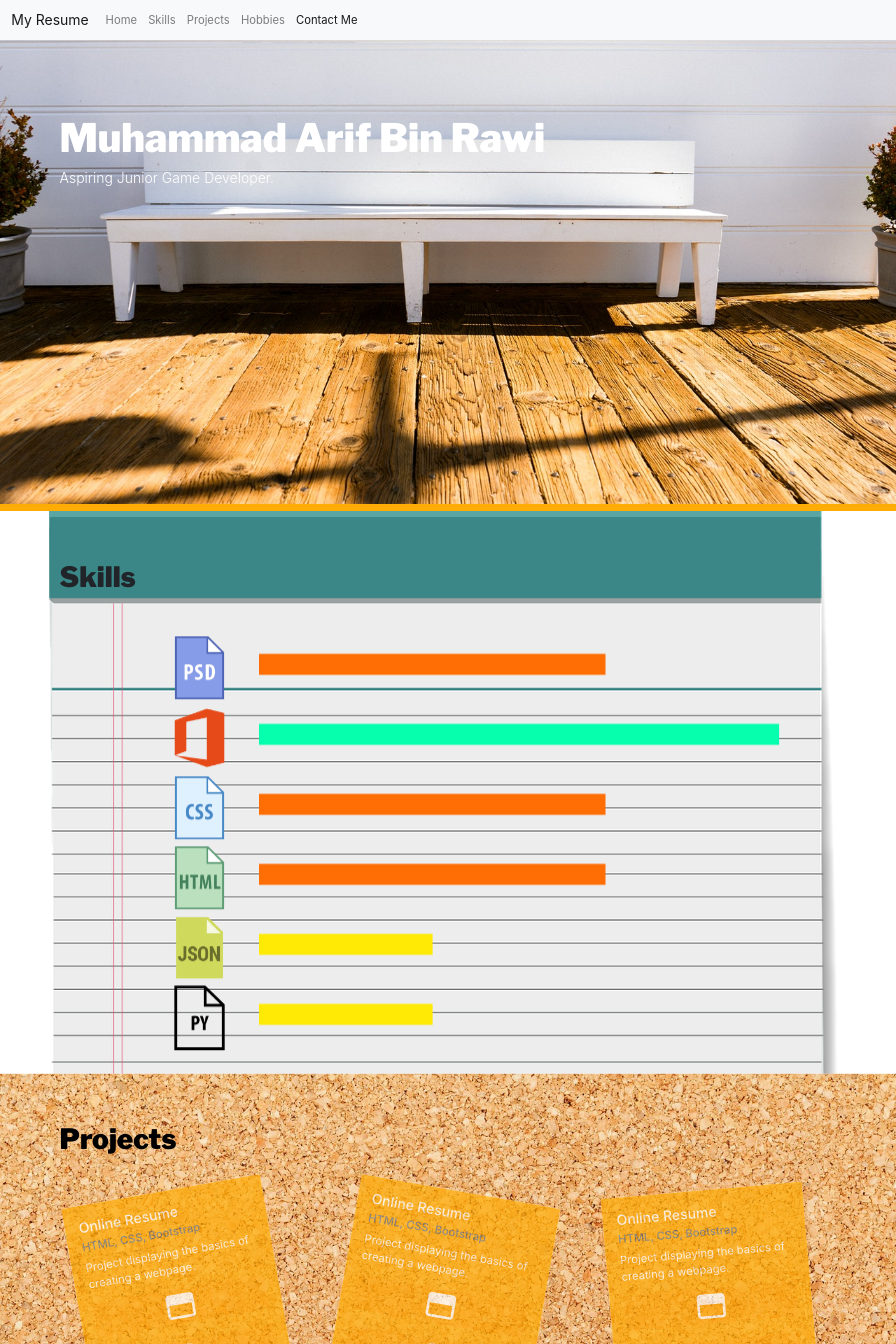
Repository: muhdarifrawi/resume-project
Page: index.html
The author's editor kept a record of every edit. The page is drawn from the files as they stood at one moment, then again after the next edit.
The browser window is 1280 px wide. The pictures show the part of the page from y = 0 to 1920 px (the page is 4106 px tall), at 70% of full size.
Some web libraries are served in a nearby version.

Above is the page before.

After the next edit:
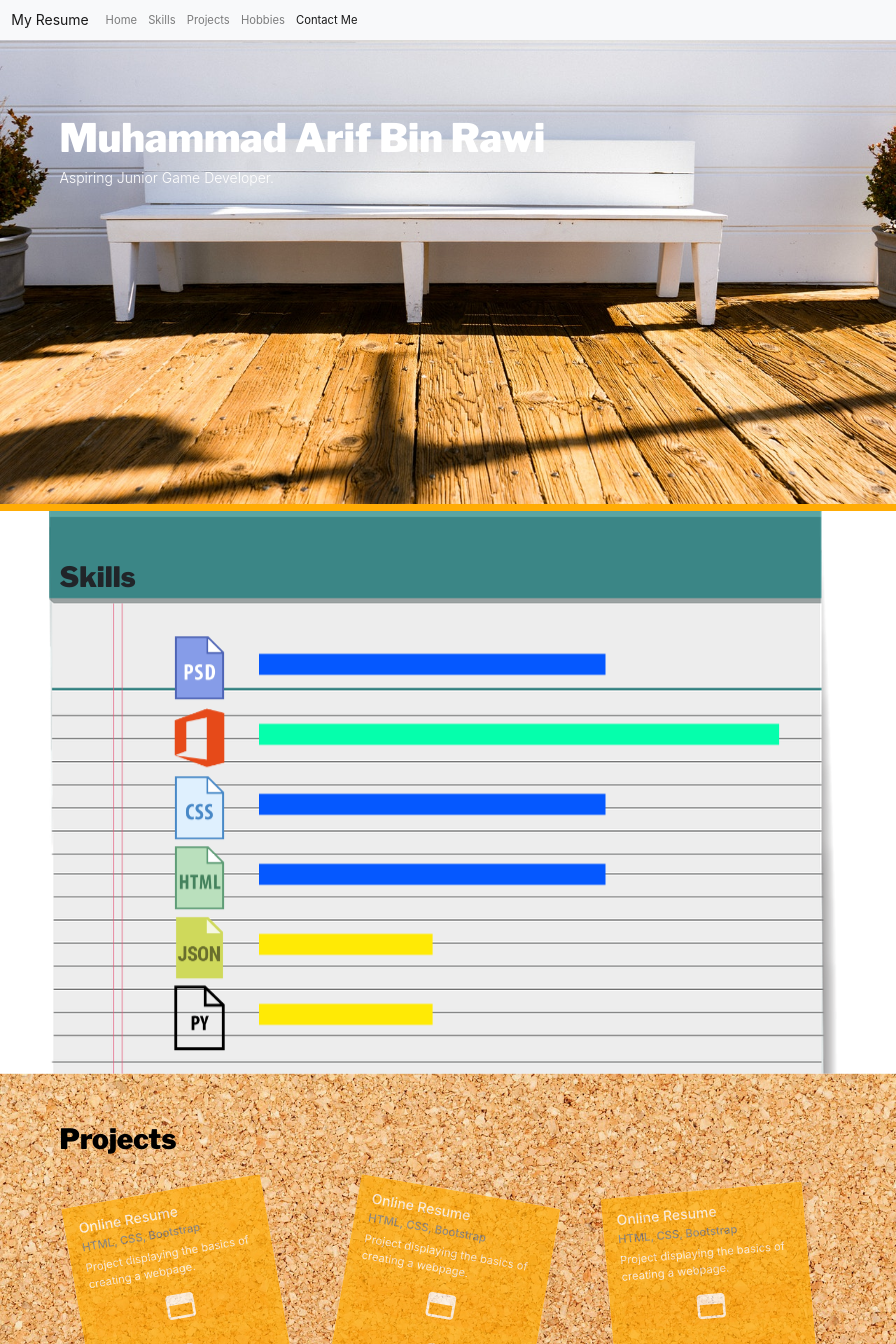
The edit:
--- a/style.css
+++ b/style.css
@@ -226,7 +226,7 @@
 
     to{
         width:60%;
-        background-color:rgb(255, 109, 5);
+        background-color:rgb(5, 88, 255);
 
     }
 
